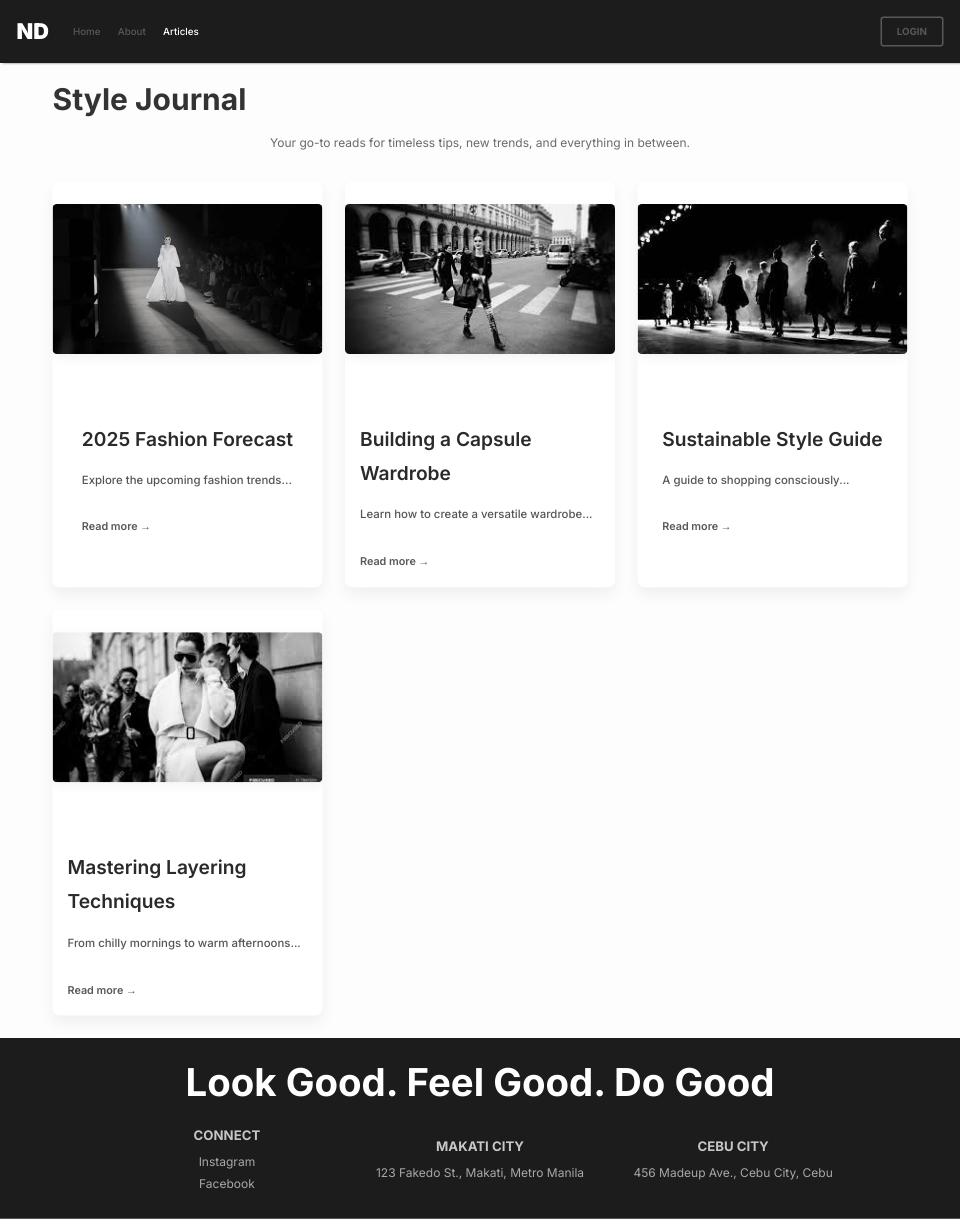
Repository: neomdavid/advancedwebprogramming
Page: /articles
An editor plug-in stored every save of this project. The page is shown before and after the next save, followed by the edit.
The browser window is 1280 px wide. The pictures show the whole page, at 75% of full size.
The project was rebuilt for these pictures with package versions that can differ from the ones it lists, and the page was loaded fresh each time. Also part of the build but not shown: vite.config.js, src/styles/AboutPage.css, src/pages/AboutPAge.jsx, src/pages/ArticlePage.jsx, src/styles/HomePage.css, src/pages/HomePage.jsx.

Above is the page before, as saved 2025-04-15 08:53:44.

After the next save:
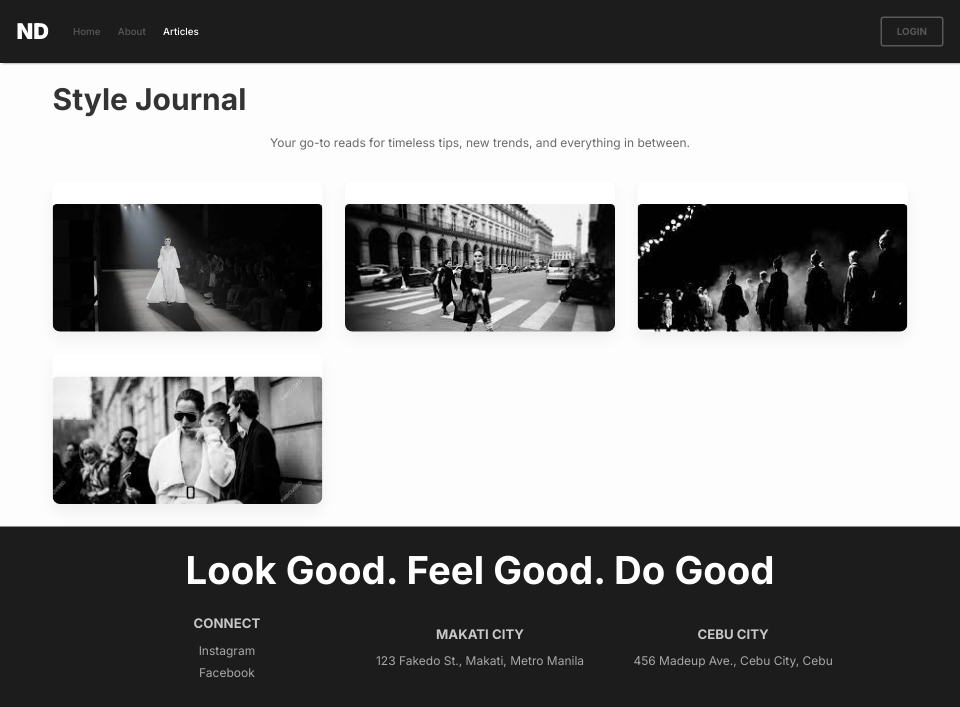
Saved 7 s later.
--- a/src/styles/ArticleList.css
+++ b/src/styles/ArticleList.css
@@ -32,7 +32,7 @@
   transform: translateY(-6px);
 }
 
-.article-card img {
+.article-card {
   width: 100%;
   height: 200px;
   object-fit: cover;
